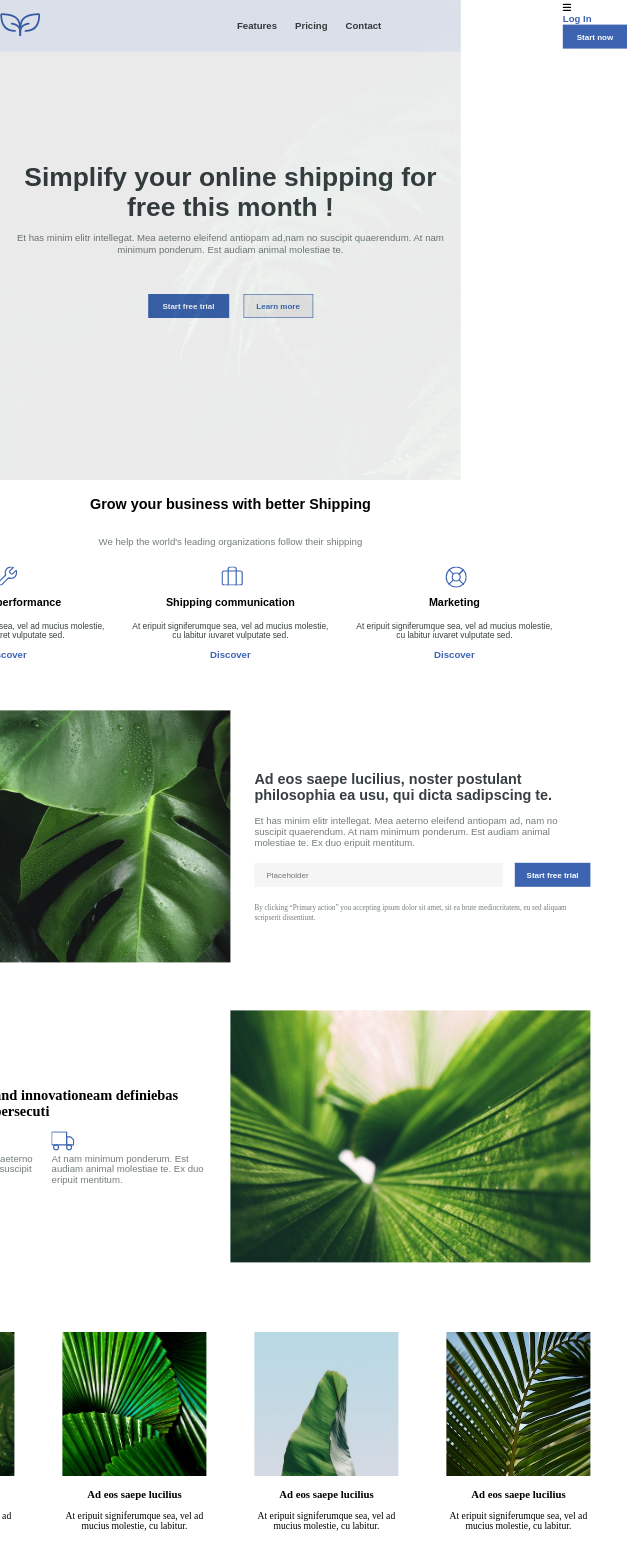
Repository: Mygit2001/LeTuSy_Test_Ecommage
Page: index.html
The author's editor kept a copy of each file at every save. The page is drawn from the files as they stood at one save, then again after the next save.
The browser window is 768 px wide. The page is 1045 px wide, so the pictures cover 1045 px, including what lies to the right of the window. The pictures show the whole page, at 60% of full size.
Some web fonts or font styles are not loaded; a fallback is used. Some web libraries are served in a nearby version.

Above is the page before, as saved 2023-02-15 22:22:39.

After the next save:
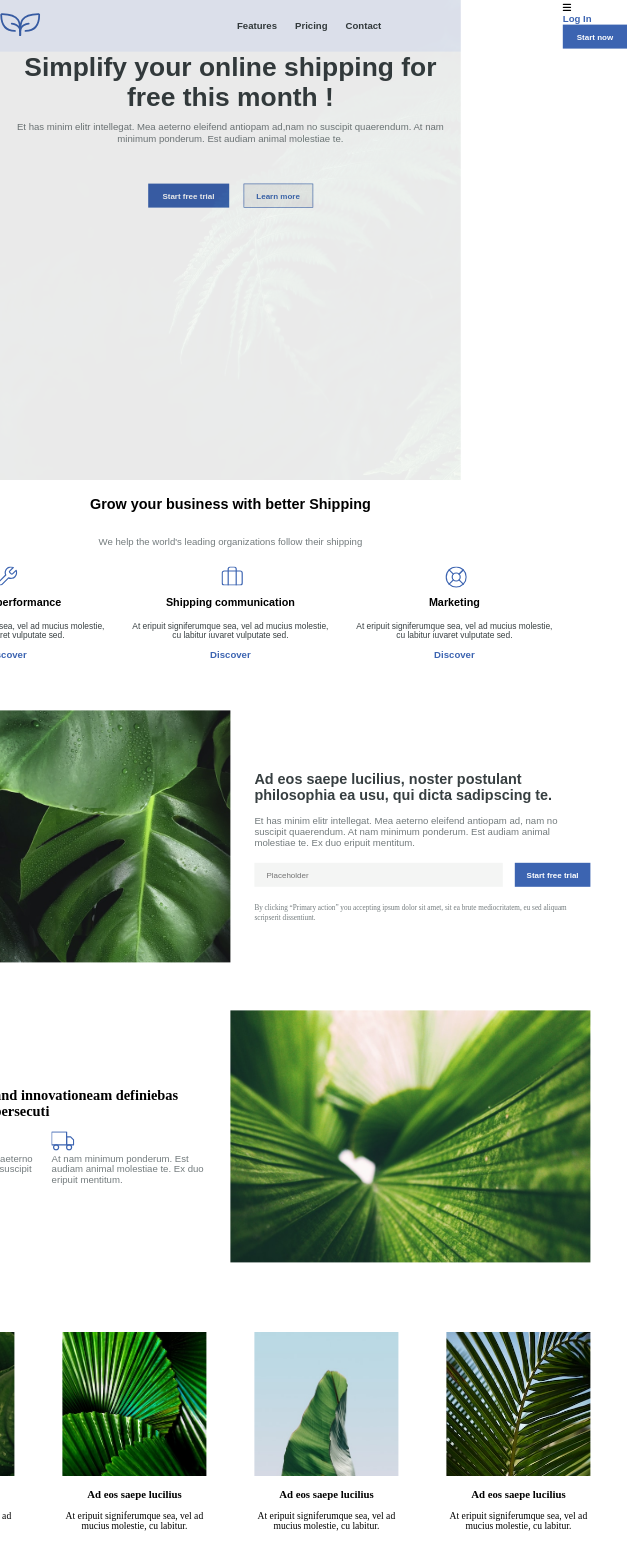
Saved 6 s later.
--- a/assets/css/responsive.css
+++ b/assets/css/responsive.css
@@ -41,6 +41,6 @@
         width: auto;
     }
     .main_intro-content {
-        position: ;
+        position: initial;
     }
 }

After the save that followed:
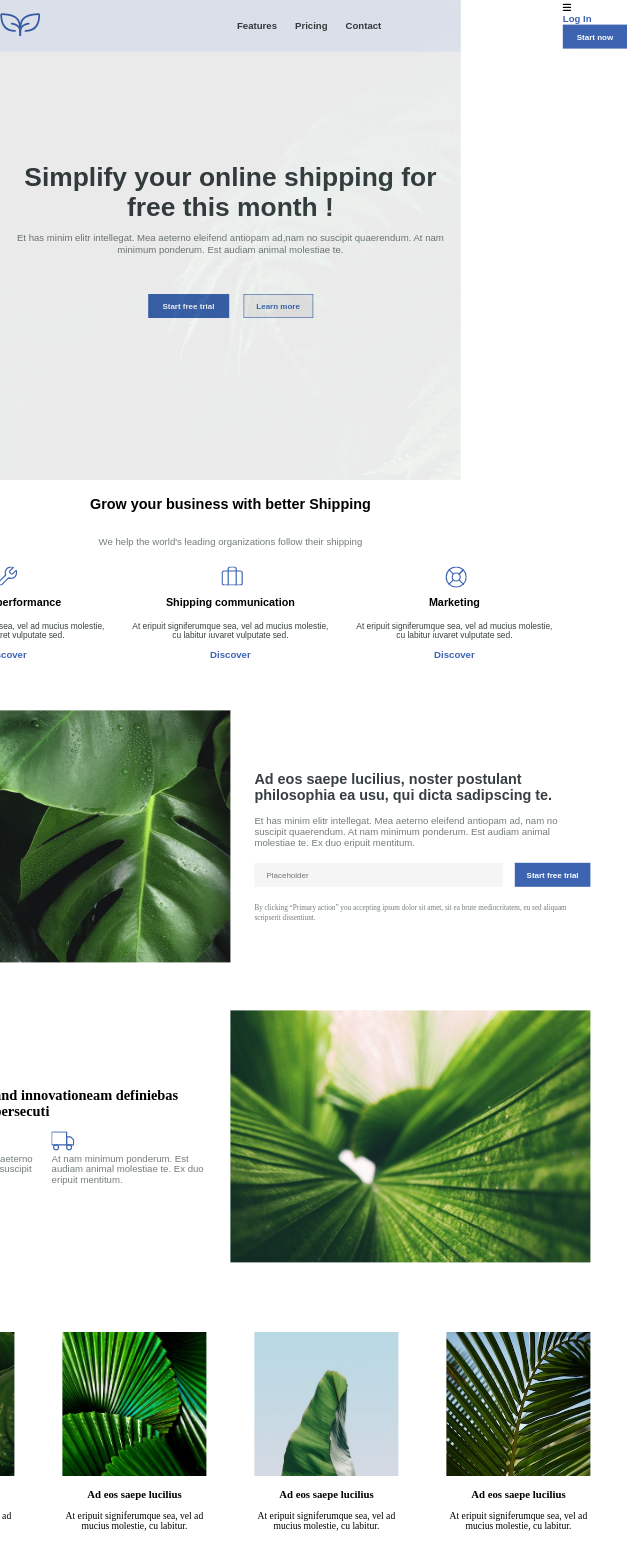
Saved 47 s later.
--- a/assets/css/responsive.css
+++ b/assets/css/responsive.css
@@ -41,6 +41,5 @@
         width: auto;
     }
     .main_intro-content {
-        position: initial;
     }
 }
